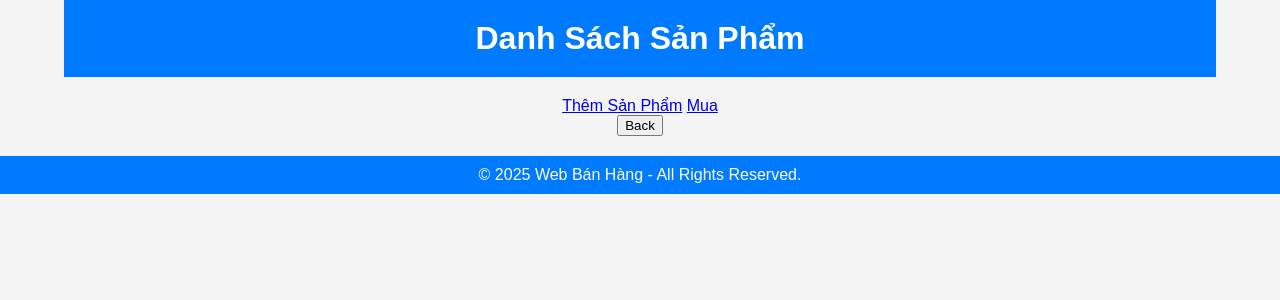
Repository: vuduckhoa/K22CNT2_VuDucKhoa_2210900032_project3
Page: http://localhost/K22CNT2_VuDucKhoa_2210900032_PRJ3/WEB-INF/views/viewform.jsp
An editor plug-in stored every save of this project. The page is shown before and after the next save, followed by the edit.
The browser window is 1280 px wide. The pictures show the whole page.
The page is served by Tomcat 9. Nobody is signed in. The template is opened directly, without the code that normally fills it, so the values that code supplies are empty.

Above is the page before, as saved 2025-02-28 07:38:32.

After the next save:
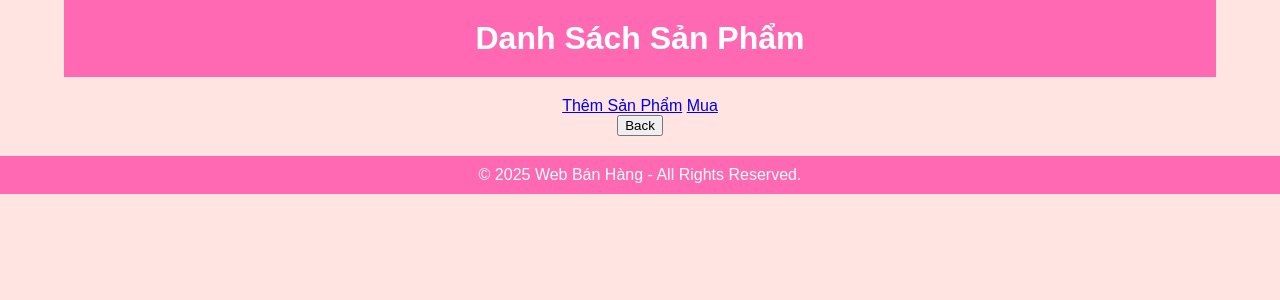
Saved 65 s later.
--- a/K22CNT2_VuDucKhoa_2210900032_PRJ3/src/main/webapp/WEB-INF/views/viewform.jsp
+++ b/K22CNT2_VuDucKhoa_2210900032_PRJ3/src/main/webapp/WEB-INF/views/viewform.jsp
@@ -9,7 +9,7 @@
     <style>
         body {
             font-family: Arial, sans-serif;
-            background-color: #f4f4f4;
+            background-color: #ffe4e1;
             text-align: center;
             margin: 0;
             padding: 0;
@@ -21,10 +21,9 @@
         }
 
         h1 {
-            color: #333;
+            color: white;
             padding: 20px 0;
-            background: #007bff;
-            color: white;
+            background: #ff69b4;
             margin: 0;
         }
 
@@ -43,6 +42,7 @@
             box-shadow: 0 0 10px rgba(0, 0, 0, 0.1);
             text-align: center;
             width: 300px;
+            border: 2px solid #ff69b4;
         }
 
         .product-item img {
@@ -61,21 +61,21 @@
         }
 
         .buy-btn {
-            background: #28a745;
+            background: #ff1493;
         }
 
         .edit-btn {
-            background: #ffc107;
+            background: #ffb6c1;
         }
 
         .delete-btn {
-            background: #dc3545;
+            background: #db7093;
         }
 
         .footer {
             margin-top: 20px;
             padding: 10px;
-            background: #007bff;
+            background: #ff69b4;
             color: white;
             text-align: center;
         }
